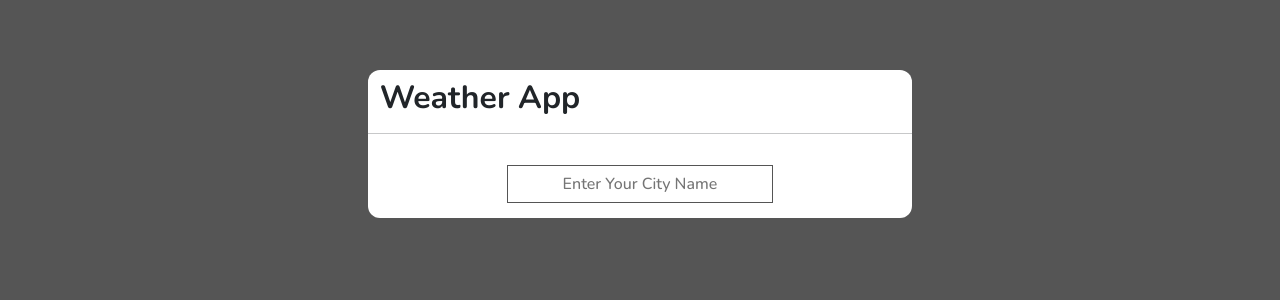
Repository: youssef168/Weather-App
Page: index.htm
These files come from the project's save history. The page is drawn as it stood at one moment and after the next save; the edit follows.
The browser window is 1280 px wide. The pictures show the whole page.

Above is the page before, as saved 2021-12-28 20:58:40.

After the next save:
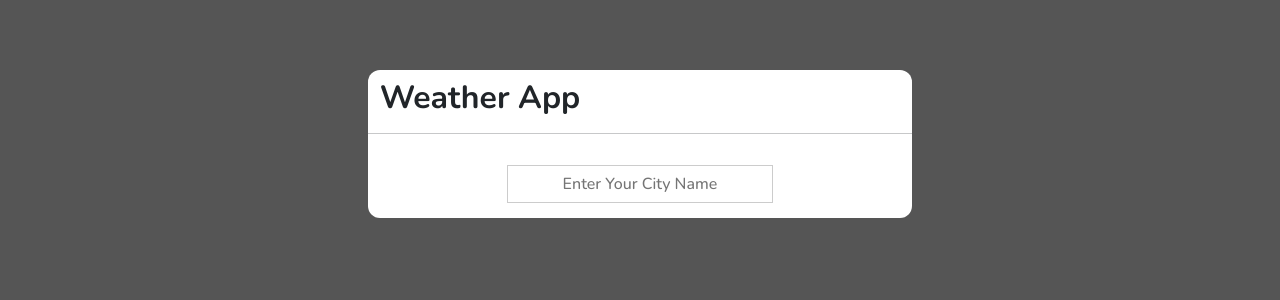
Saved 5 s later.
--- a/style.css
+++ b/style.css
@@ -117,5 +117,5 @@ h2 {
     padding: 6px 30px;
     text-align: center;
     outline: none;
-    border: 1px solid #555;
+    border: 1px solid #ccc;
 }
